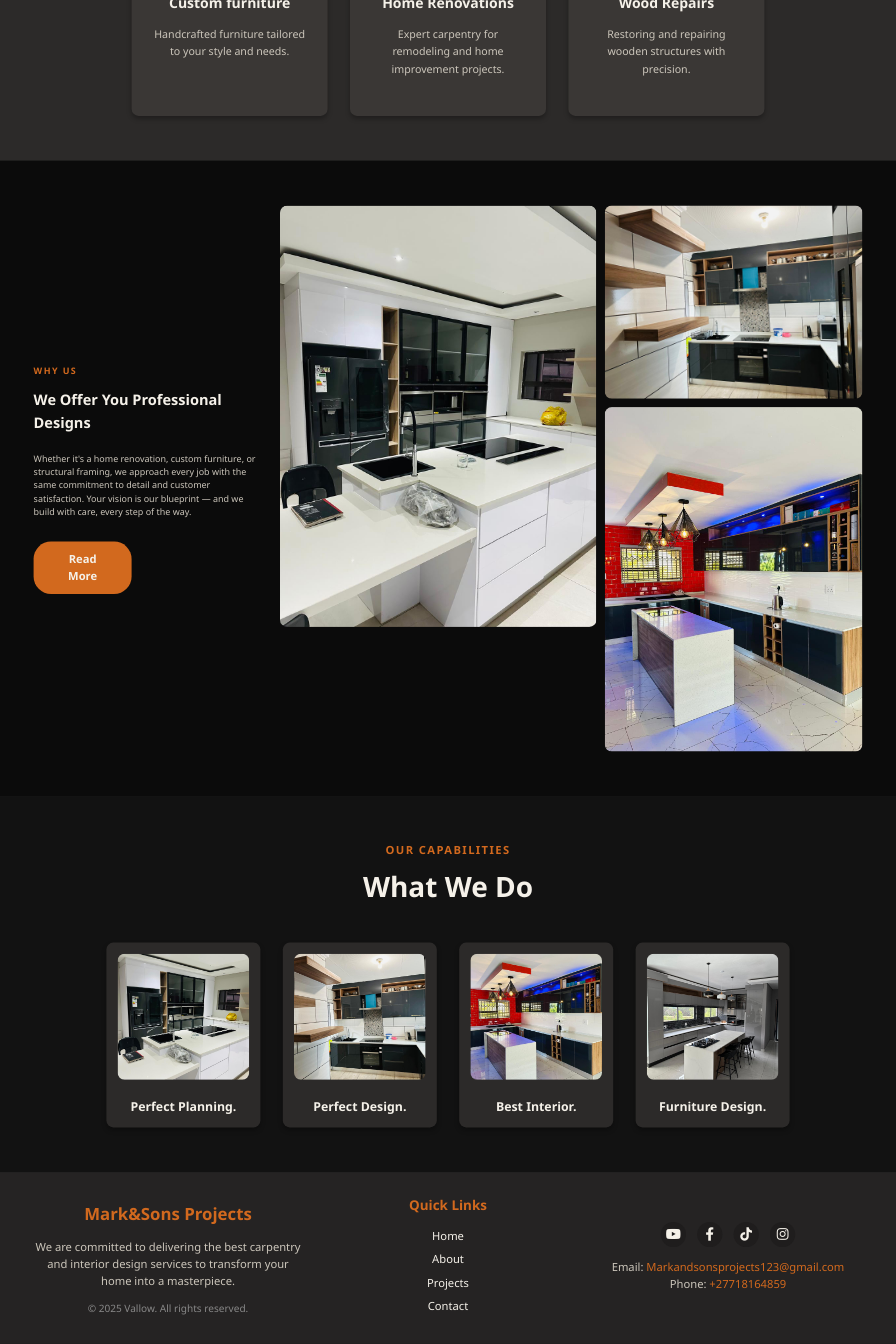
Repository: VallowEvido/Mark-SonsProjects
Page: home.html
An editor plug-in stored every save of this project. The page is shown before and after a run of saves, followed by the edit.
The browser window is 1280 px wide. The pictures show the part of the page from y = 841 to 2761 px (the page is 2761 px tall before and 2744 px after), at 70% of full size.

Above is the page before, as saved 2025-07-18 22:01:15.

After the next 3 saves:
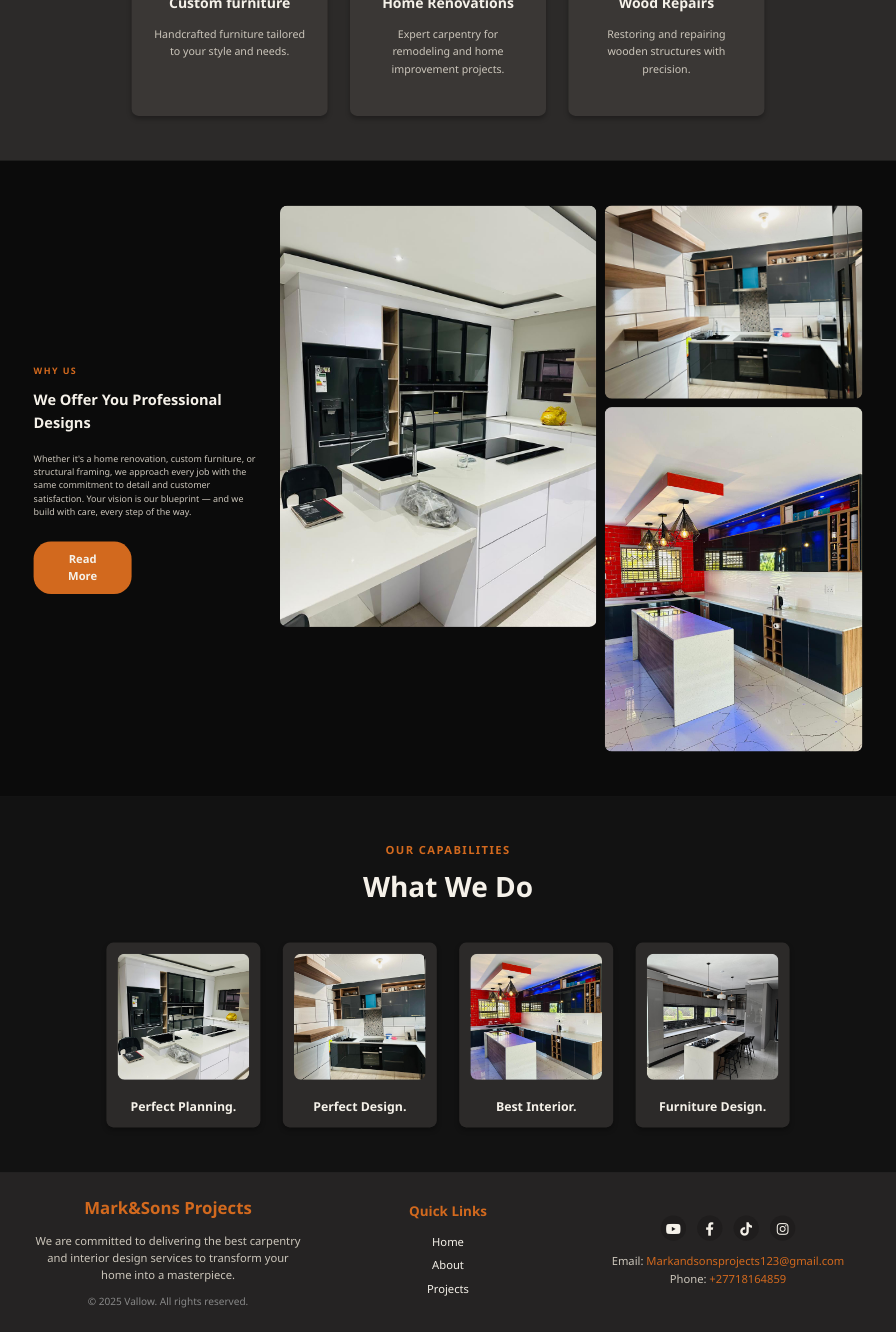
The 3 saves are shown as one change because they came seconds apart.
The last was saved 21 s later.
--- a/home.html
+++ b/home.html
@@ -101,7 +101,6 @@
           <li><a href="home.html">Home</a></li>
           <li><a href="about.html">About</a></li>
           <li><a href="projects.html">Projects</a></li>
-          <li><a href="contact.html">Contact</a></li>
         </ul>
       </div>
       <div class="footer-right">
